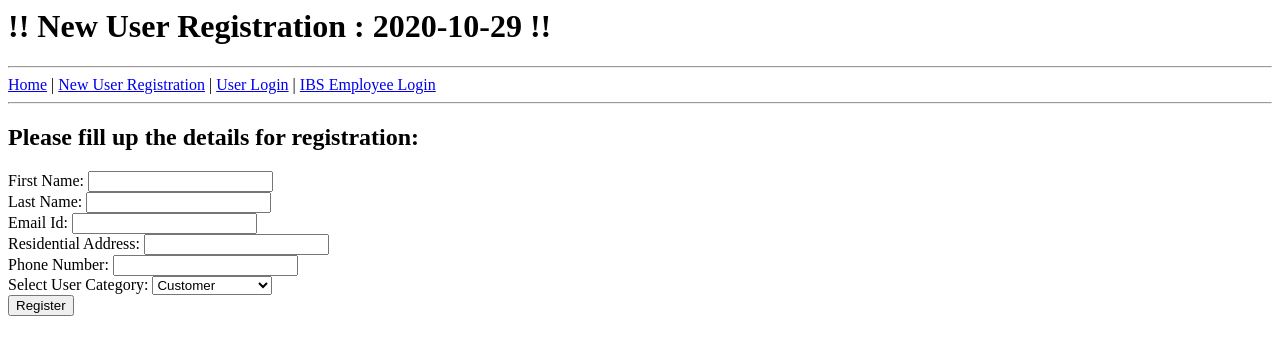
Repository: anik84/ibs
Page: http://localhost/IBS/user_accounts.jsp
The author's editor kept a copy of each file at every save. The page is drawn from the files as they stood at one save, then again after the next save.
The browser window is 1280 px wide. The pictures show the whole page.
The page is served by Tomcat 9.

Above is the page before, as saved 2020-10-29 07:28:34.

After the next save:
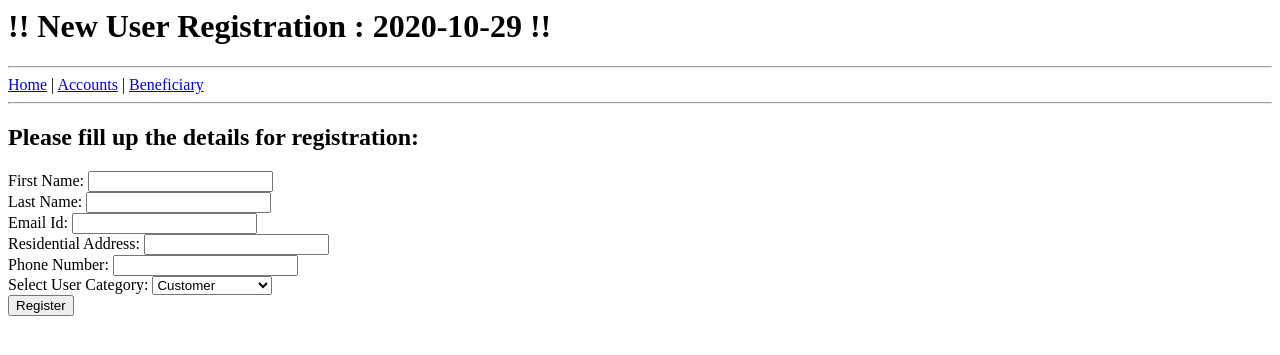
Saved 62 s later.
--- a/IBS_JSPs/IBS/WebContent/user_accounts.jsp
+++ b/IBS_JSPs/IBS/WebContent/user_accounts.jsp
@@ -9,7 +9,7 @@
 		<%=LocalDate.now()%>
 		!!
 	</h1>
-	<jsp:include page="user_menu.jsp" />
+	<jsp:include page="user_home_menu.jsp" />
 
 	<h2>Please fill up the details for registration:</h2>
 	<form action="newuser" method="POST">
